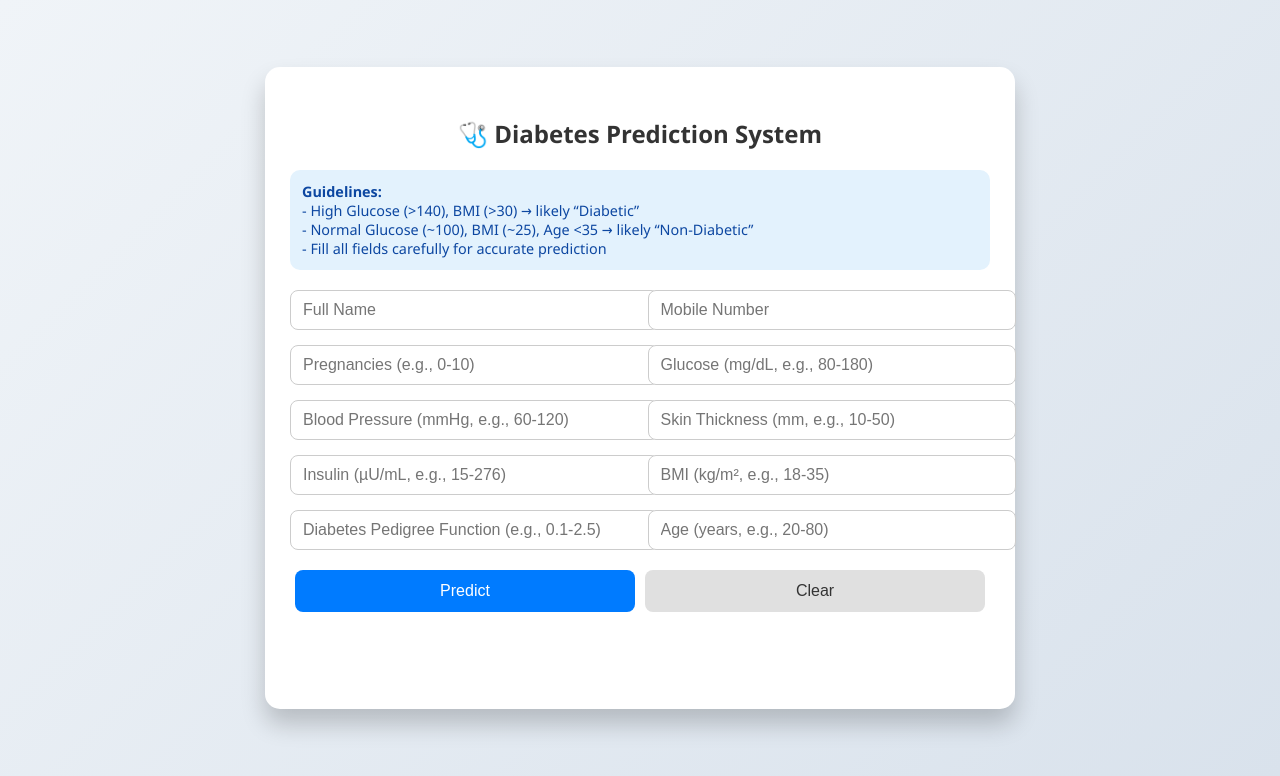
Repository: Aman14150/diabetes-prediction-system
Page: http://localhost/
An editor plug-in stored every save of this project. The page is shown before and after the next save, followed by the edit.
The browser window is 1280 px wide. The pictures show the whole page.
The page is served by the project's application, run on Flask 3 (app.py).

Above is the page before, as saved 2025-10-07 18:20:59.

### templates/index.html
<!DOCTYPE html>
<html lang="en">

<head>
    <meta charset="UTF-8">
    <title>Diabetes Prediction</title>
    <style>
        body {
            font-family: 'Segoe UI', Tahoma, Geneva, Verdana, sans-serif;
            background: linear-gradient(135deg, #f0f4f8, #d9e2ec);
            min-height: 100vh;
            display: flex;
            justify-content: center;
            align-items: center;
            padding: 20px;
        }

        .card {
            background: #ffffff;
            padding: 30px 25px;
            border-radius: 15px;
            width: 100%;
            max-width: 700px;
            box-shadow: 0 15px 25px rgba(0, 0, 0, 0.2);
        }

        h2 {
            text-align: center;
            color: #333;
            margin-bottom: 20px;
        }

        .guidelines {
            background-color: #e3f2fd;
            color: #0d47a1;
            font-size: 0.9rem;
            padding: 12px;
            border-radius: 10px;
            margin-bottom: 20px;
            text-align: left;
        }

        form {
            display: grid;
            grid-template-columns: 1fr 1fr;
            gap: 15px;
        }

        input {
            width: 100%;
            padding: 10px 12px;
            border-radius: 8px;
            border: 1px solid #ccc;
            font-size: 1rem;
        }

        input:focus {
            outline: none;
            border-color: #007BFF;
            box-shadow: 0 0 5px rgba(0, 123, 255, 0.5);
        }

        .button-group {
            grid-column: span 2;
            display: flex;
            justify-content: space-between;
        }

        button {
            padding: 12px;
            font-size: 1rem;
            border-radius: 8px;
            border: none;
            cursor: pointer;
            flex: 1;
            margin: 5px;
            transition: background-color 0.3s ease;
        }

        #predictBtn {
            background-color: #007BFF;
            color: white;
        }

        #predictBtn:hover {
            background-color: #0056b3;
        }

        #clearBtn {
            background-color: #e0e0e0;
            color: #333;
        }

        #clearBtn:hover {
            background-color: #bdbdbd;
        }

        .prediction {
            grid-column: span 2;
            text-align: center;
            margin-top: 20px;
            font-size: 1.2rem;
            font-weight: bold;
            color: #007BFF;
        }

        @media(max-width: 600px) {
            form {
                grid-template-columns: 1fr;
            }

            .button-group {
                flex-direction: column;
            }

            button {
                margin: 5px 0;
            }
        }
    </style>
</head>

<body>
    <div class="card">
        <h2>🩺 Diabetes Prediction System</h2>

        <div class="guidelines">
            <strong>Guidelines:</strong><br>
            - High Glucose (>140), BMI (>30) → likely “Diabetic”<br>
            - Normal Glucose (~100), BMI (~25), Age <35 → likely “Non-Diabetic”<br>
                - Fill all fields carefully for accurate prediction
        </div>

        <form id="diabetesForm" action="/predict" method="post">
            <input type="text" name="name" placeholder="Full Name" required>
            <input type="tel" name="mobile" placeholder="Mobile Number" required>
            <input type="number" name="Pregnancies" placeholder="Pregnancies (e.g., 0-10)" step="any" required>
            <input type="number" name="Glucose" placeholder="Glucose (mg/dL, e.g., 80-180)" step="any" required>
            <input type="number" name="BloodPressure" placeholder="Blood Pressure (mmHg, e.g., 60-120)" step="any"
                required>
            <input type="number" name="SkinThickness" placeholder="Skin Thickness (mm, e.g., 10-50)" step="any"
                required>
            <input type="number" name="Insulin" placeholder="Insulin (µU/mL, e.g., 15-276)" step="any" required>
            <input type="number" name="BMI" placeholder="BMI (kg/m², e.g., 18-35)" step="any" required>
            <input type="number" name="DiabetesPedigreeFunction"
                placeholder="Diabetes Pedigree Function (e.g., 0.1-2.5)" step="any" required>
            <input type="number" name="Age" placeholder="Age (years, e.g., 20-80)" step="any" required>

            <div class="button-group">
                <button type="submit" id="predictBtn">Predict</button>
                <button type="button" id="clearBtn">Clear</button>
            </div>

            {% if prediction_text %}
            <div class="prediction">{{ prediction_text }}</div>
            {% else %}
            <div class="prediction">&nbsp;</div> <!-- Blank initially -->
            {% endif %}

        </form>
    </div>

    <script>
        // Clear button functionality
        document.getElementById('clearBtn').addEventListener('click', function () {
            document.getElementById('diabetesForm').reset();
        });
    </script>
</body>

</html>

### app.py
from flask import Flask, render_template, request
import joblib
import numpy as np
import pandas as pd
import mysql.connector

app = Flask(__name__)

import mysql.connector

db = mysql.connector.connect(
    host="127.0.0.1",
    port=3307,
    user="amanR",
    password="Mysql@150",
    database="diabetes_db"
)
cursor = db.cursor()

print("Database Connected successfully ✅")


# Load trained model & scaler
model = joblib.load("diabetes_model.pkl")
scaler = joblib.load("scaler.pkl")

@app.route('/')
def home():
    return render_template('index.html' , prediction_text=None)

@app.route('/predict', methods=['POST'])
def predict():
    try:
        # Personal info
        name = request.form['name']
        mobile = request.form['mobile']

        # Health data
        data = [float(request.form[key]) for key in [
            "Pregnancies","Glucose","BloodPressure","SkinThickness",
            "Insulin","BMI","DiabetesPedigreeFunction","Age"
        ]]
        input_df = pd.DataFrame([data], columns=[
            "Pregnancies","Glucose","BloodPressure","SkinThickness",
            "Insulin","BMI","DiabetesPedigreeFunction","Age"
        ])
        scaled_input = scaler.transform(input_df)
        prediction = model.predict(scaled_input)[0]

        result = "Diabetic" if prediction == 1 else "Non-Diabetic"

        # Save to MySQL
        sql = """INSERT INTO patients
                 (name, mobile, pregnancies, glucose, blood_pressure, skin_thickness, insulin, bmi, dpf, age, prediction)
                 VALUES (%s,%s,%s,%s,%s,%s,%s,%s,%s,%s,%s)"""
        cursor.execute(sql, (name, mobile, *data, result))
        db.commit()

        return render_template('index.html', prediction_text=f"Prediction: 🩺 {result}")

    except Exception as e:
        return render_template('index.html', prediction_text=f"Error: {str(e)}")

if __name__ == '__main__':
    app.run(debug=True)

After the next save:
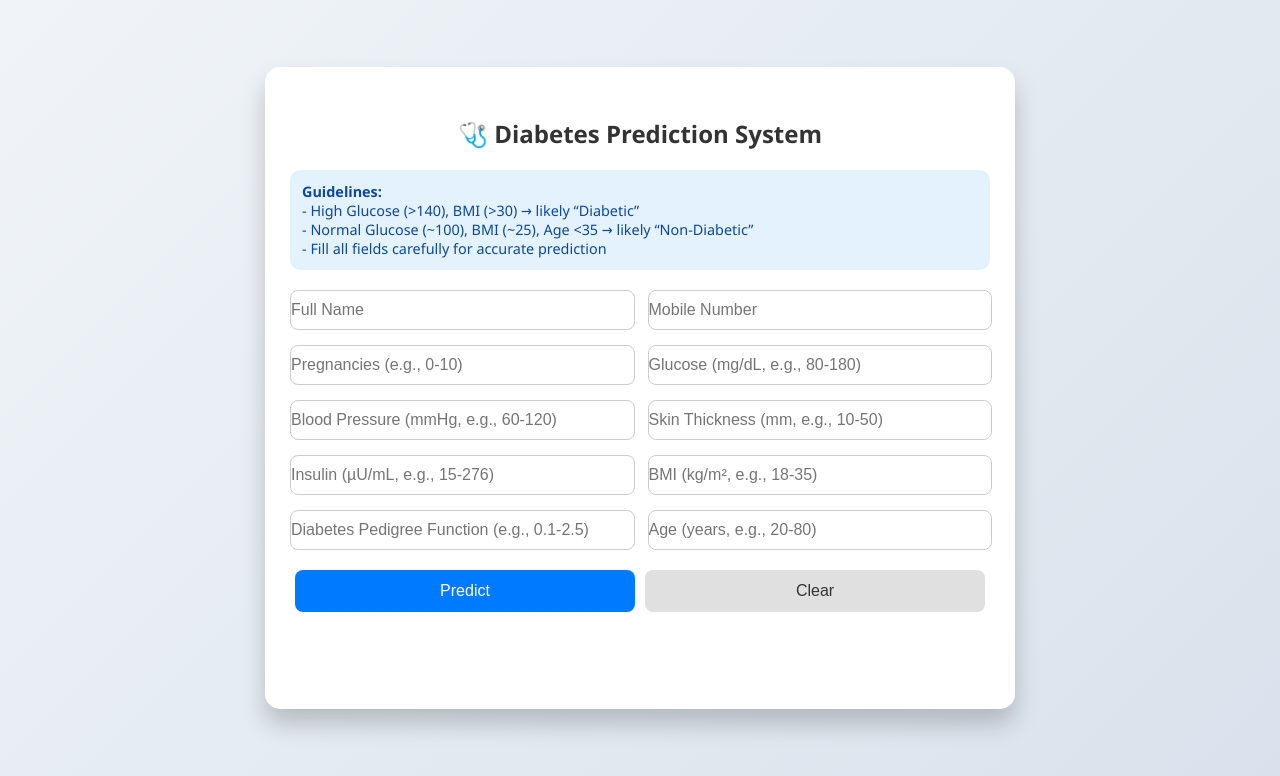
Saved 4 min 20 s later.
--- a/templates/index.html
+++ b/templates/index.html
@@ -48,7 +48,7 @@
 
         input {
             width: 100%;
-            padding: 10px 12px;
+            padding: 10px 0px;
             border-radius: 8px;
             border: 1px solid #ccc;
             font-size: 1rem;
